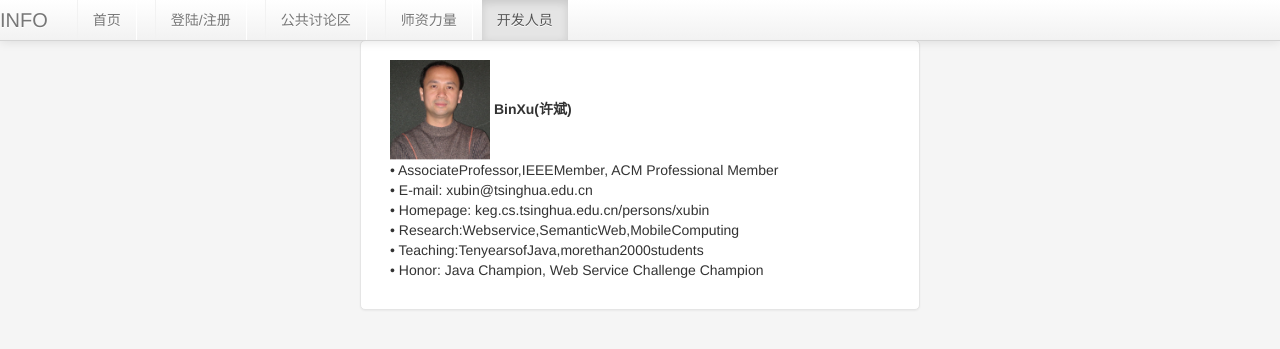
Repository: hbisheng/Academic-portal-website
Page: http://localhost/NewInfo/intro.jsp
These files come from the project's save history. The page is drawn as it stood at one moment and after the next save; the edit follows.
The browser window is 1280 px wide. The pictures show the whole page.
The page is served by Tomcat 9. Other server files are loaded and not shown.

Above is the page before, as saved 2014-09-21 21:03:33.

### Java_info/NewInfo/WebContent/intro.jsp
<%@page import="edu.thu.cs.*"%>
<%@page import="jdbc.*"%>
<%@page import="java.net.*"%>
<%@page import="java.util.*"%>
<%@page import="java.text.*"%>

<%@ page language="java" contentType="text/html; charset=UTF-8"
    pageEncoding="UTF-8"%>
<!DOCTYPE html PUBLIC "-//W3C//DTD HTML 4.01 Transitional//EN" "http://www.w3.org/TR/html4/loose.dtd">
<html>
<head>
<meta http-equiv="Content-Type" content="text/html; charset=UTF-8">
<link href="bootstrap/css/bootstrap.css" rel="stylesheet">
    <style type="text/css">
      body {
        padding-top: 40px;
        padding-bottom: 40px;
        background-color: #f5f5f5;
      }

      .form-signin {
        max-width: 500px;
        padding: 19px 29px 29px;
        margin: 0 auto 20px;
        background-color: #fff;
        border: 1px solid #e5e5e5;
        -webkit-border-radius: 5px;
           -moz-border-radius: 5px;
                border-radius: 5px;
        -webkit-box-shadow: 0 1px 2px rgba(0,0,0,.05);
           -moz-box-shadow: 0 1px 2px rgba(0,0,0,.05);
                box-shadow: 0 1px 2px rgba(0,0,0,.05);
      }
      .form-signin .form-signin-heading,
      .form-signin .checkbox {
        margin-bottom: 10px;
      }
      .form-signin input[type="text"],
      .form-signin input[type="password"] {
        font-size: 16px;
        height: auto;
        margin-bottom: 15px;
        padding: 7px 9px;
      }

    </style>
<link href="bootstrap/css/bootstrap-responsive.css" rel="stylesheet">
<title>Insert title here</title>
</head>
<body>

<%
	if(request.getParameter("quit")!=null)
		session.setAttribute("user", null);
	JdbcDao jdbc = new JdbcDao();
	User user = (User)session.getAttribute("user");
	if(user != null){
		user = jdbc.getUser(user);
		if(user.permit_login > 0)
			session.setAttribute("user",user);
		else
		{
			session.removeAttribute("user");
			user = null;
		}
	}//update user information
%>

  	<div class="navbar nav-pills navbar-fixed-top">
  <div class="navbar-inner">
    <a class="brand" href="#">INFO</a>
    <ul class="nav">
      <li class="divider-vertical"><a href="home.jsp">首页</a></li>
      <%
      	if(user == null)
      	{
      		%><li class="divider-vertical" font face = "微软雅黑"><a href="account/login.jsp">登陆/注册</a></li> <%
      	}
      	else
      	{
      		String url = "account/user_info.jsp?id="+user.id;
      		%><li class="divider-vertical" font face = "微软雅黑"><a href=<%=url%>><%=user.nickname%></a></li> <%
      	}

      %><li class="divider-vertical"><a href="discussion/index.jsp">公共讨论区</a></li><%

      if(user != null)
      {
	      	%><li class="divider-vertical"><a href="courses/index.jsp">网络学堂</a></li>
	      	<li class="divider-vertical"><a href="notice/index.jsp">教务公告</a></li>
	      	<li class="divider-vertical"><a href="media/index.jsp">外部资源</a></li><%
      }

      %><li class="divider-vertical"><a href="intro.jsp">师资力量</a></li>
      <li class="active"><a href="author.jsp">开发人员</a></li>

    </ul>
  </div>
</div>


<div class="container form-signin">
 <div class="row-fluid">
 	<img src="picture/5.png" width="100" height="100" />
 	<strong>BinXu(许斌)</strong>
 	<br/>
	• AssociateProfessor,IEEEMember, ACM Professional Member
	<br/>
	• E‐mail: xubin@tsinghua.edu.cn
	<br/>
	• Homepage: keg.cs.tsinghua.edu.cn/persons/xubin
	<br/>
	• Research:Webservice,SemanticWeb,MobileComputing
	<br/>
	• Teaching:TenyearsofJava,morethan2000students
	<br/>
	• Honor: Java Champion, Web Service Challenge Champion
	<br/>


 </div>
 </div>

</body>
</html>

Loaded but not shown: Java_info/NewInfo/WebContent/bootstrap/css/bootstrap.css (library); Java_info/NewInfo/WebContent/bootstrap/css/bootstrap-responsive.css (library); Java_info/NewInfo/src/jdbc/JdbcDao.java (883 lines, source omitted)

After the next save:
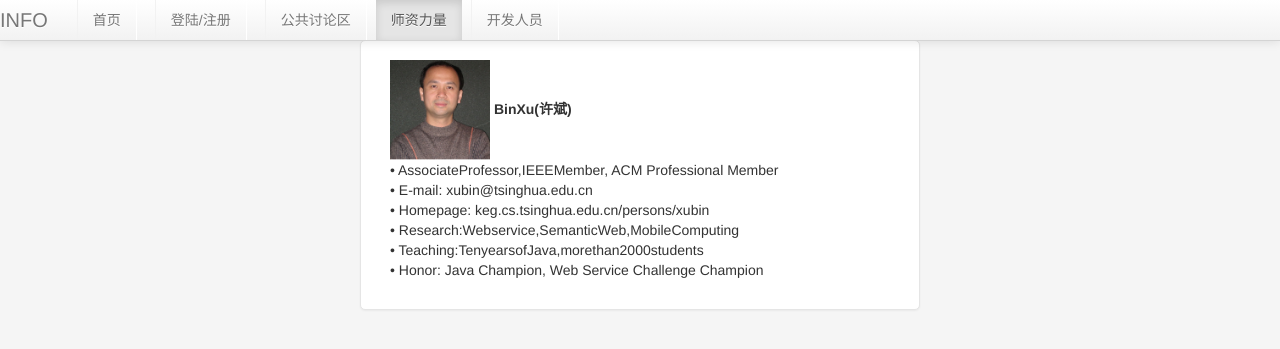
Saved 16 s later.
--- a/Java_info/NewInfo/WebContent/intro.jsp
+++ b/Java_info/NewInfo/WebContent/intro.jsp
@@ -91,8 +91,8 @@
 	      	<li class="divider-vertical"><a href="media/index.jsp">外部资源</a></li><%
       }
 
-      %><li class="divider-vertical"><a href="intro.jsp">师资力量</a></li>
-      <li class="active"><a href="author.jsp">开发人员</a></li>
+      %><li class="active"><a href="intro.jsp">师资力量</a></li>
+      <li class="divider-vertical"><a href="author.jsp">开发人员</a></li>
 
     </ul>
   </div>
